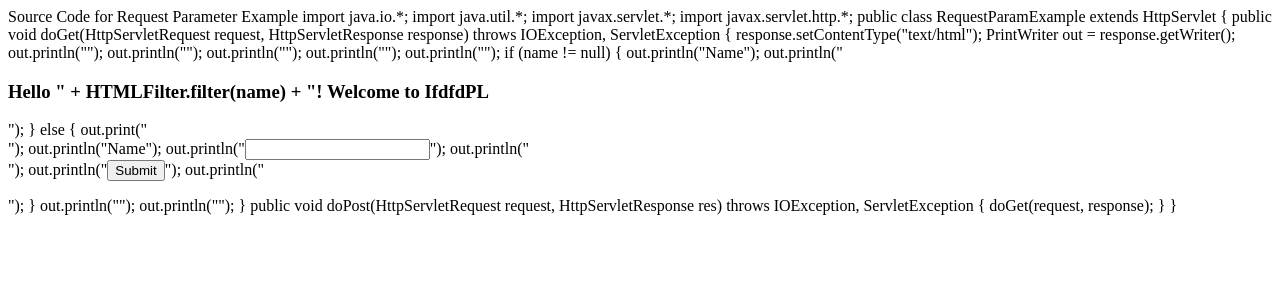
Repository: umng/Learn-to-Program
Page: Java/CTS_SFDC/workspace/Validate Player details/WebContent/index.html
The author's editor kept a copy of each file at every save. The page is drawn from the files as they stood at one save, then again after the next save.
The browser window is 1280 px wide. The pictures show the whole page.

Above is the page before, as saved 2017-02-23 08:24:57.

### Java/CTS_SFDC/workspace/Validate Player details/WebContent/index.html

Source Code for Request Parameter Example

import java.io.*;
import java.util.*;
import javax.servlet.*;
import javax.servlet.http.*;

public class RequestParamExample extends HttpServlet {

    public void doGet(HttpServletRequest request, HttpServletResponse response)
    throws IOException, ServletException
    {
        response.setContentType("text/html");
        PrintWriter out = response.getWriter();
        out.println("<html>");
        out.println("<head>");
        out.println("<title>Welcome Servlet</title>");
        out.println("</head>");
        out.println("<body>");
        if (name != null) {
            out.println("Name");
            out.println("<h3>Hello " + HTMLFilter.filter(name) + "! Welcome to IfdfdPL</h3>");
        } else {
	        out.print("<form action=\"");
	        out.print("index.html\" ");
	        out.println("method=GET>");
	        out.println("Name");
	        out.println("<input type=text name=name>");
	        out.println("<br>");
	        out.println("<input type=submit name=submit>");
	        out.println("</form>");
        }
        out.println("</body>");
        out.println("</html>");
    }

    public void doPost(HttpServletRequest request, HttpServletResponse res)
    throws IOException, ServletException
    {
        doGet(request, response);
    }
}

After the next save:
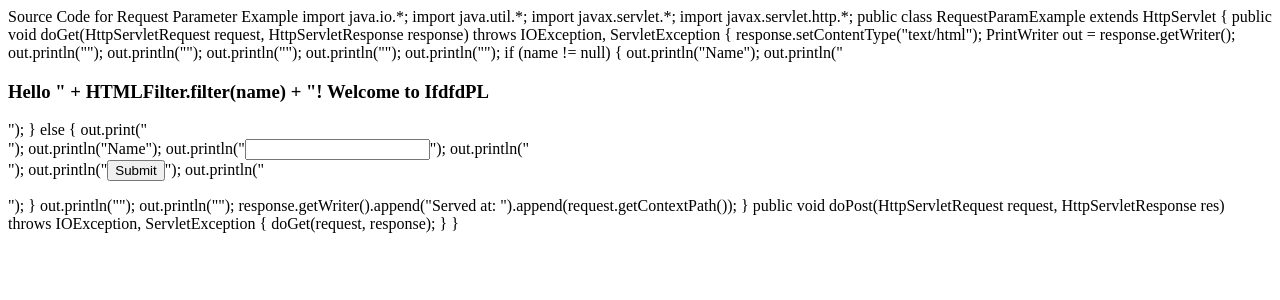
Saved 14 s later.
--- a/Java/CTS_SFDC/workspace/Validate Player details/WebContent/index.html
+++ b/Java/CTS_SFDC/workspace/Validate Player details/WebContent/index.html
@@ -33,6 +33,7 @@
         }
         out.println("</body>");
         out.println("</html>");
+		response.getWriter().append("Served at: ").append(request.getContextPath());
     }
 
     public void doPost(HttpServletRequest request, HttpServletResponse res)
